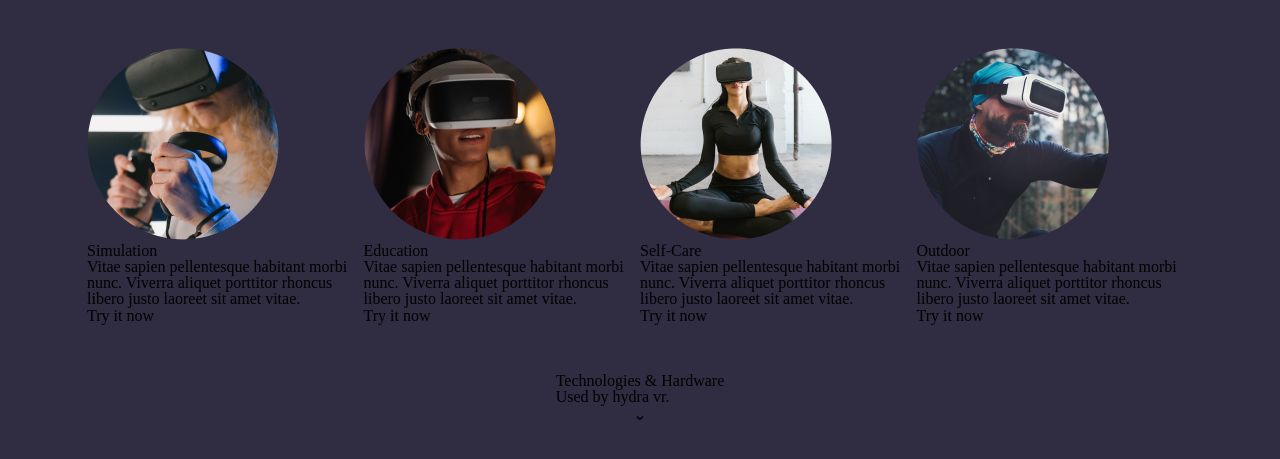
Repository: xMargi/Hydra-LandingPage
Page: index.html
An editor plug-in stored every save of this project. The page is shown before and after the next save, followed by the edit.
The browser window is 1280 px wide. The pictures show the whole page.

Above is the page before, as saved 2023-06-07 20:05:39.

After the next save:
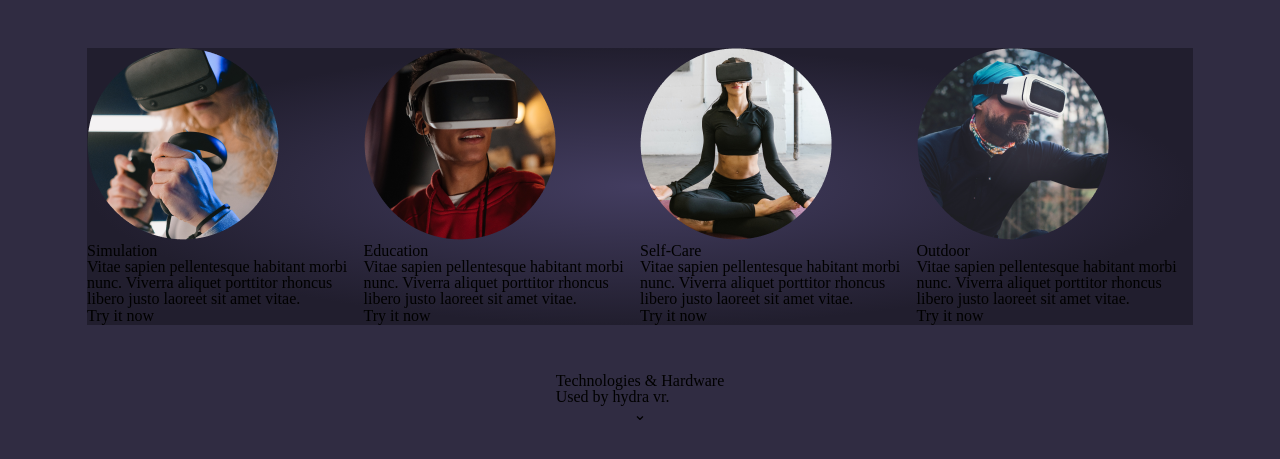
Saved 26 s later.
--- a/style.css
+++ b/style.css
@@ -23,5 +23,6 @@ body{
 .cartoes{
     margin:3rem 5.4375rem;
     display: flex;
+    background: var(--cor-cartao);
 
 }
